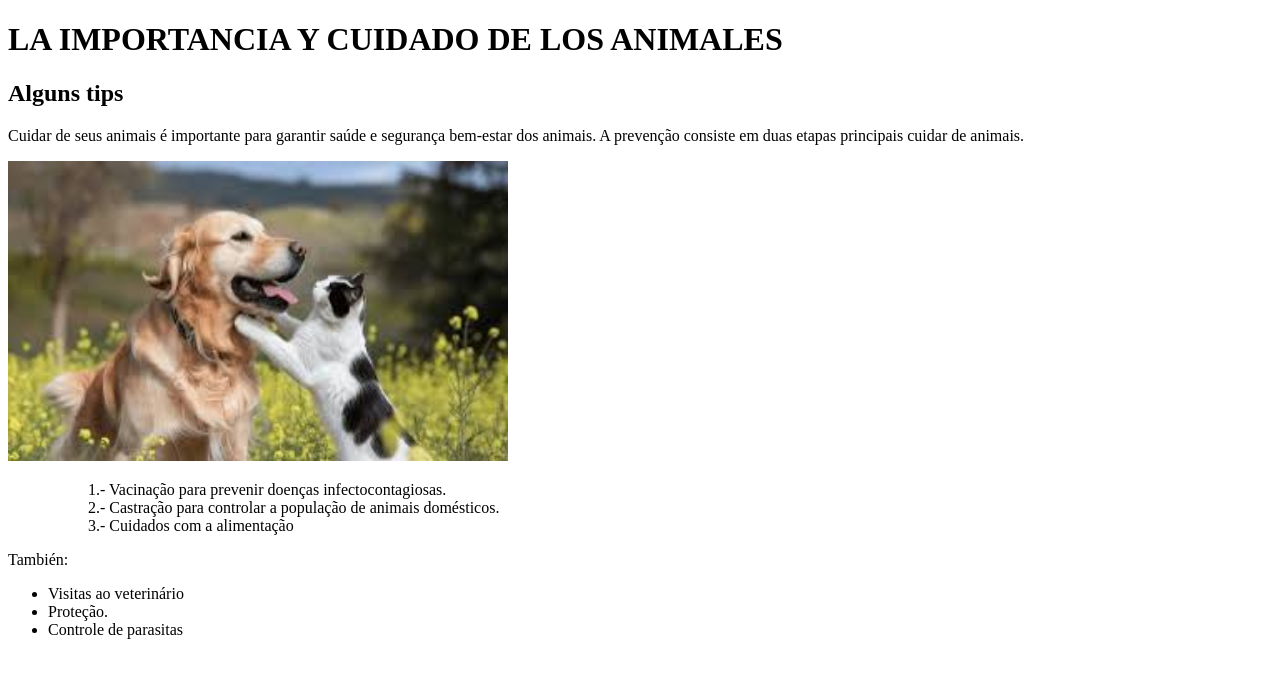
Repository: AnaFzCz/PROYECTOS-HTML---CSS2
Page: Ex_project_1/index.html
These files come from the project's save history. The page is drawn as it stood at one moment and after the next save; the edit follows.
The browser window is 1280 px wide. The pictures show the whole page.

Above is the page before, as saved 2025-01-20 06:54:56.

After the next save:
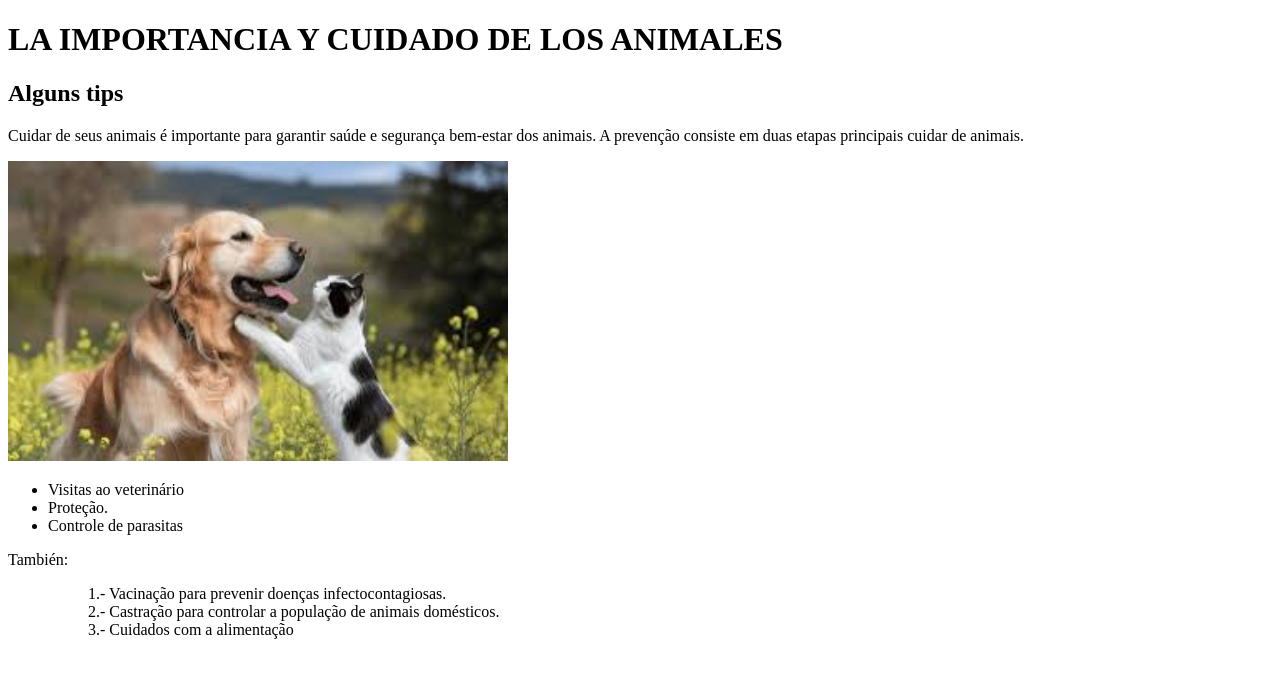
Saved 45 s later.
--- a/Ex_project_1/index.html
+++ b/Ex_project_1/index.html
@@ -8,15 +8,16 @@
     <h2>Alguns tips</h2>
     <p>Cuidar de seus animais é importante para garantir saúde e segurança bem-estar dos animais. A prevenção consiste em duas etapas principais cuidar de animais.</p>
     <img src="animales.jpg" alt="animales" style="width:500px;height: 300px;">
+
+    <ul>
+        <li>Visitas ao veterinário</li>
+        <li>Proteção.</li>
+        <li>Controle de parasitas</li>
+    </ul>
+    <p> También:</p>
     <ul>
         <ol>1.- Vacinação para prevenir doenças infectocontagiosas.</ol>
         <ol>2.- Castração para controlar a população de animais domésticos.</ol>
         <ol>3.- Cuidados com a alimentação</ol>
     </ul>
-   <p> También:</p>
-    <ul>
-        <li>Visitas ao veterinário</li>
-        <li>Proteção.</li>
-        <li>Controle de parasitas</li>
-    </ul>
 </body>
